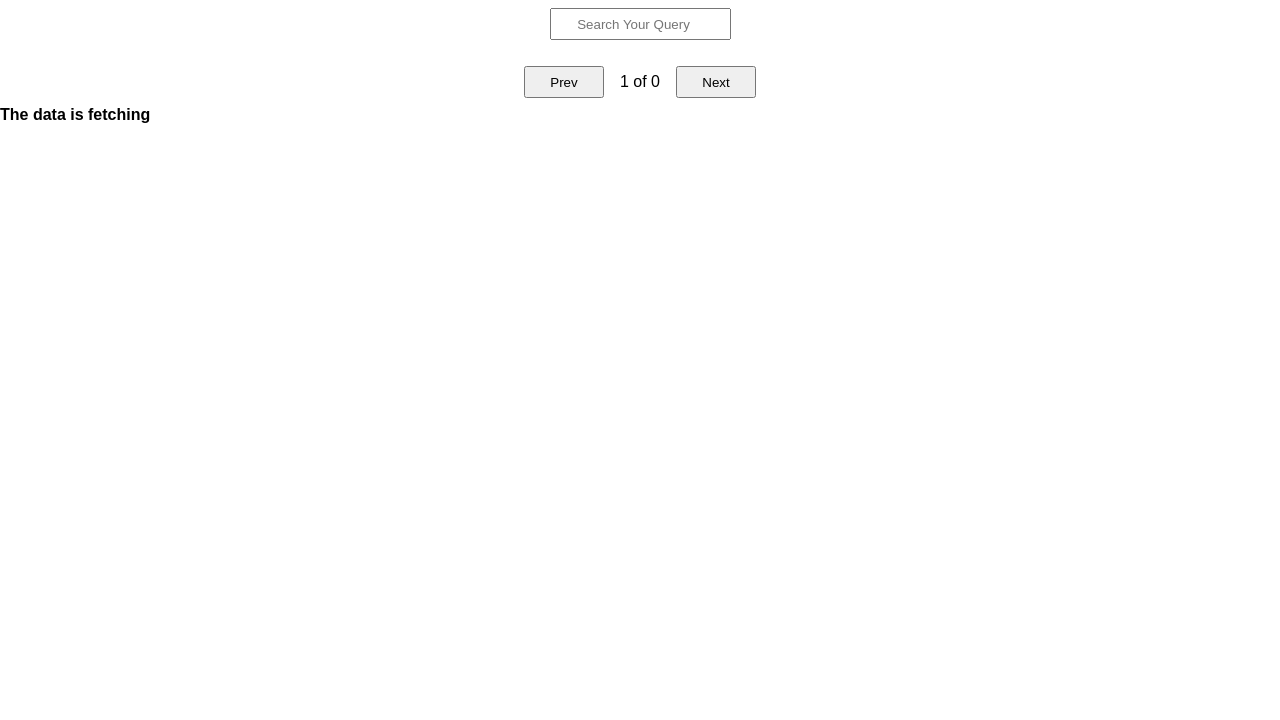
Repository: suraj-yadav7/TechNews
Page: /
An editor plug-in stored every save of this project. The page is shown before and after the next save, followed by the edit.
The browser window is 1280 px wide. The pictures show the whole page.
The page's requests for data from a server got no answer. The project was rebuilt for these pictures with package versions that can differ from the ones it lists, and the page was loaded fresh each time. No one was signed in, and anything a server would have sent is missing.

Above is the page before, as saved 2023-04-28 10:09:50.

### src/index.js
import React from 'react';
import ReactDOM from 'react-dom/client';
import App from './App';
import { AppProvider } from './context';

const root = ReactDOM.createRoot(document.getElementById('root'));
root.render(
  <React.StrictMode>
    <AppProvider>
    <App />
    </AppProvider>
  </React.StrictMode>
);

### src/App.js
import './App.css';
import Search from './components/Search';
import Stories from './components/Stories';

function App() {
  return (
      <>
      <Search/>
      <Stories />
      </>
  );
}

export default App;

### src/context.jsx
import {useContext, createContext, useEffect, useReducer} from "react"
import {reducer} from './reducer'

const AppContext = createContext();
let api = "https://hn.algolia.com/api/v1/search?";
const initial = {
    hits:[],
    page:0,
    nbPages:0,
    query:"",
    isLoading:true
}

const AppProvider = ({children})=>{

    const [state, dispatch] = useReducer(reducer, initial)

    const fetchApiData = async(url)=>{
        dispatch({
            type:"loadingData",
        })
        try{
            let fetchApi = await fetch(url)
            let data = await fetchApi.json()
            console.log(data)
            dispatch({
                type:"Get_Update",
                payload:{
                    hitNews:data.hits,
                    pg:data.page,
                    nbPg: data.nbPages
                }
            })
        }
        catch(error){
            console.log(error)
        }
        }

        //removing post
        const removePost = (objectID) =>{
                    dispatch({
                        type:"remove_post",
                        payload: objectID
                    })
        }

    //Search Post
    const searchPost = ((searchVal)=>{
        // searchVal.preventDefault()
        dispatch({
        type:"SEARCH_POST",
        payload: searchVal
        })
    })

    //Previous Page
    const prevPage=()=>{
        dispatch({
            type:"PREV_PAGE"
        })
    }
    const nextPage=()=>{
        dispatch({
            type:"NEXT_PAGE"
        })
    }
    useEffect(()=>{
         fetchApiData(`${api}query=${state.query}&&page=${state.page}`)

    },[state.query, state.page])


    return(
        <AppContext.Provider value= {{...state, removePost, searchPost,prevPage,nextPage}} >{children}</AppContext.Provider>
    )
};

//Custom hook to provide appContext and useContext

const useGlobalContext = ()=>{
    return useContext(AppContext)
}
export {AppContext,AppProvider, useGlobalContext}

### src/App.css
*{
  margin: 0;
  padding: 0;
  box-sizing: border-box;
  font-family:  sans-serif;
}

.App {
  text-align: center;
}

.App-header {
  background-color: #282c34;
  min-height: 100vh;
  display: flex;
  flex-direction: column;
  align-items: center;
  justify-content: center;
  font-size: calc(10px + 2vmin);
  color: white;
}

.App-link {
  color: #61dafb;
}

@keyframes App-logo-spin {
  from {
    transform: rotate(0deg);
  }
  to {
    transform: rotate(360deg);
  }
}


/* Search Div*/
.searchMain{
  display: flex;
  flex-direction: column;
  align-items: center;
  justify-content: center;
  gap:10px
}
.searchInput{
  margin: 0.5rem 0;
  width: 100%;
  height: 2rem;
  text-align: center;
}
.pagination{
  margin: 0.5rem 0;
}
.pagination> button{
  width: 5rem;
  height: 2rem;
  margin: 0 1rem;
}
/* Stories */
.parentStory{
  display: flex;
  align-items: center;
  justify-content: center;
  flex-direction: column;
  gap: 1rem

}

.stories{
  width: 50%;
  height: 12rem;
  display: flex;
  background-image: linear-gradient(to right, #DECBA4, #3E5151);
  align-items: center;
  justify-content: center;
  flex-direction: column;
}
.storiesButton{
  height: 2rem;
  display: flex;
  align-items: center;
}
.storiesButton >button, a>button{
  margin:0 5rem;
  border: 1px solid blue;
  background-color: aliceblue;
  color: black;
  border-radius: 10px;
  height: 2rem;
  width: 6rem;
  text-align:center;
  font-size: medium;
  cursor: pointer;
}

### src/components/Search.jsx
import React from 'react'
import { useGlobalContext } from '../context'

const Search = () => {
  const { query, searchPost, prevPage, nextPage, nbPages, page } = useGlobalContext()
  return (
    <>
      <div className='searchMain'>
        <div className='formContainer'>
          <form onSubmit={(e) => e.preventDefault()}>
            <input className='searchInput' type="search" placeholder='Search Your Query' value={query} onChange={(e) => searchPost(e.target.value)}></input>
          </form>
        </div>
        <div className='pagination'>
          <button onClick={prevPage} >Prev</button>
          <span>{page + 1} of {nbPages}</span>
          <button onClick={nextPage} >Next</button>
        </div>
      </div>
    </>
  )
}

export default Search

### src/components/Stories.jsx
import React from 'react'
import { useGlobalContext } from '../context'

const Stories = () => {
    const {hits, isLoading,removePost}= useGlobalContext()



    if(isLoading){
    return(
        <div className="Loading">
        <h4>The data is fetching</h4>
        </div>
    )
    }
  return (
    <>
      <div className='parentStory'>
        <h2>Latest Tech News</h2>
        {hits?.map((story)=>{
          const {objectID} = story
          return (
          <>
          <div className='stories' key={objectID}>
          <h3>{story.title}</h3>
          <p>by <span>{story.author}</span>  | <span>comment: {story.num_comments} </span></p>
          <div className="storiesButton">
          <a  href={story.url} target='_blank' rel="noreferrer"><button >Read More</button></a>
          <button  onClick={()=>removePost(objectID)} >Remove</button>
            </div>
          </div>
          </>)
          })}
      </div>
    </>
  )
}

export default Stories

### src/reducer.jsx

const reducer = (state,action) =>{
    switch(action.type){
        case"loadingData" : return{
            ...state,
            isLoading: true

        } ;
        case "Get_Update":
            return{
                ...state,
                isLoading:false,
                hits:action.payload.hitNews,
                nbPages:action.payload.nbPg
            }

        case "remove_post":
            return{
                ...state, hits: state.hits.filter((post)=> post.objectID !== action.payload)
            }

        case "SEARCH_POST":
            return{
                    ...state, query: action.payload
            }

        case "PREV_PAGE":
            let pageNum=state.page-1
            if(pageNum<=0){
                pageNum=0
            }
            return{
                 ...state,
                    page:pageNum
                }


        case "NEXT_PAGE":
            let pageNum2= state.page+1
            if(pageNum2>=50){
                pageNum2=0
            }

            return{
                ...state,
                page:pageNum2
            }

    }
    return state
}
export {reducer};

Loaded but not shown: public/index.html (common file)

After the next save:
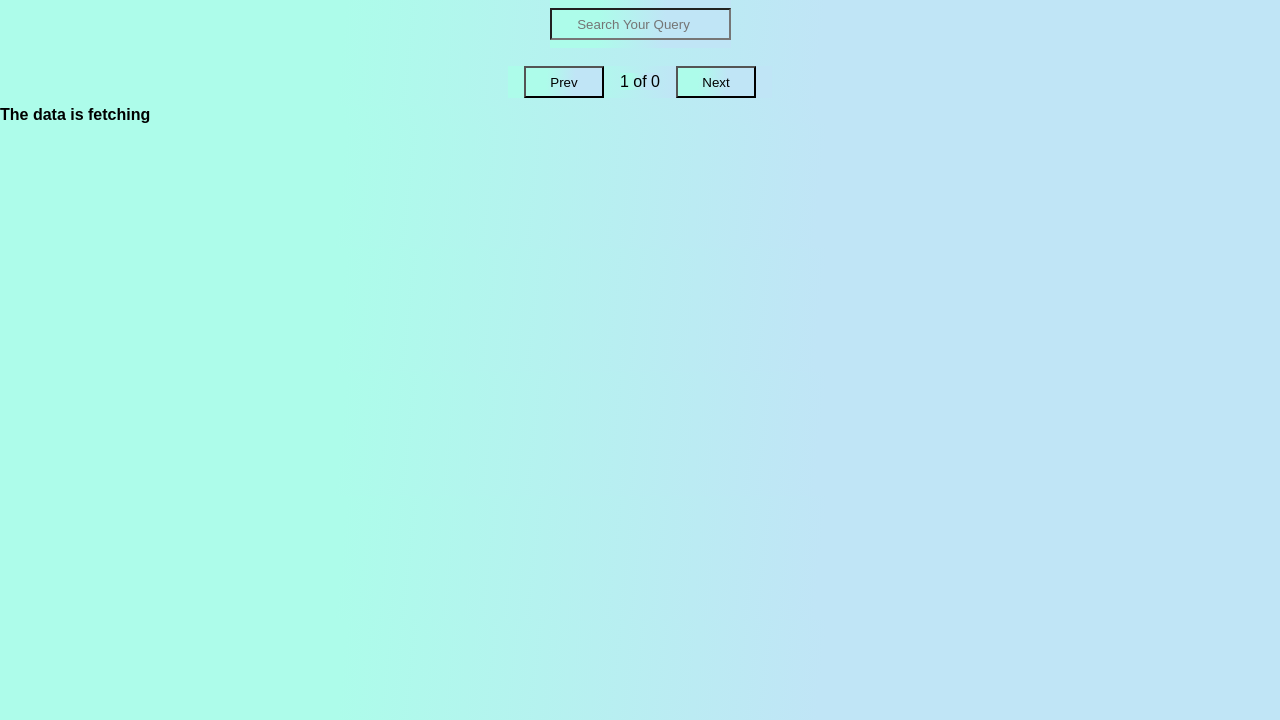
Saved 2 min 57 s later.
--- a/src/App.css
+++ b/src/App.css
@@ -3,6 +3,8 @@
   padding: 0;
   box-sizing: border-box;
   font-family:  sans-serif;
+  background-image: linear-gradient( 95.2deg, rgba(173,252,234,1) 26.8%, rgba(192,229,246,1) 64% );
+
 }
 
 .App {

After the save that followed:
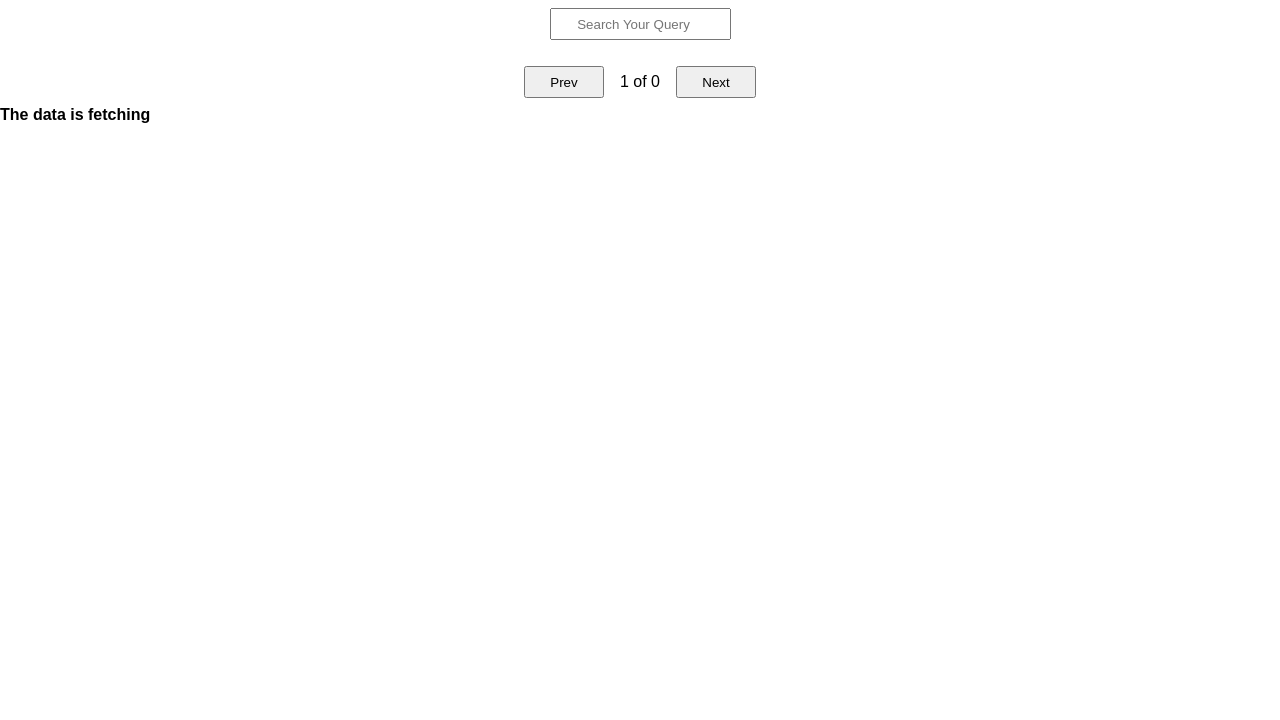
Saved 12 s later.
--- a/src/App.css
+++ b/src/App.css
@@ -3,8 +3,6 @@
   padding: 0;
   box-sizing: border-box;
   font-family:  sans-serif;
-  background-image: linear-gradient( 95.2deg, rgba(173,252,234,1) 26.8%, rgba(192,229,246,1) 64% );
-
 }
 
 .App {
